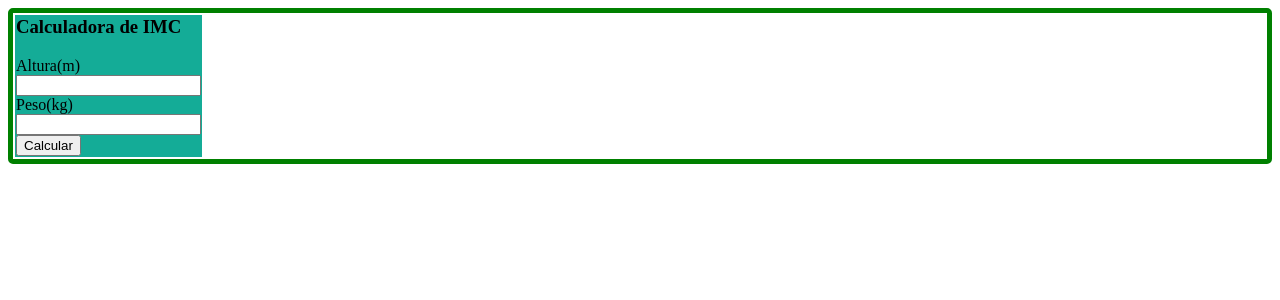
Repository: Patriciamativi/Projetos
Page: index.html
These files come from the project's save history. The page is drawn as it stood at one moment and after the next save; the edit follows.
The browser window is 1280 px wide. The pictures show the whole page.

Above is the page before, as saved 2022-11-21 14:42:17.

After the next save:
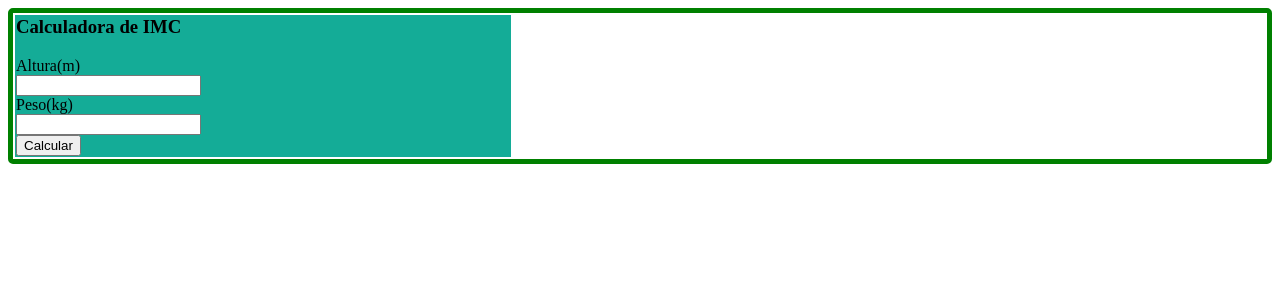
Saved 7 s later.
--- a/index.html
+++ b/index.html
@@ -18,7 +18,7 @@
         </style>
     </head>
    <p>
-<table border="0" width=""500>
+<table border="0" width="500">
     <body>
          <tr>
             <td><h3>Calculadora de IMC</h3>
